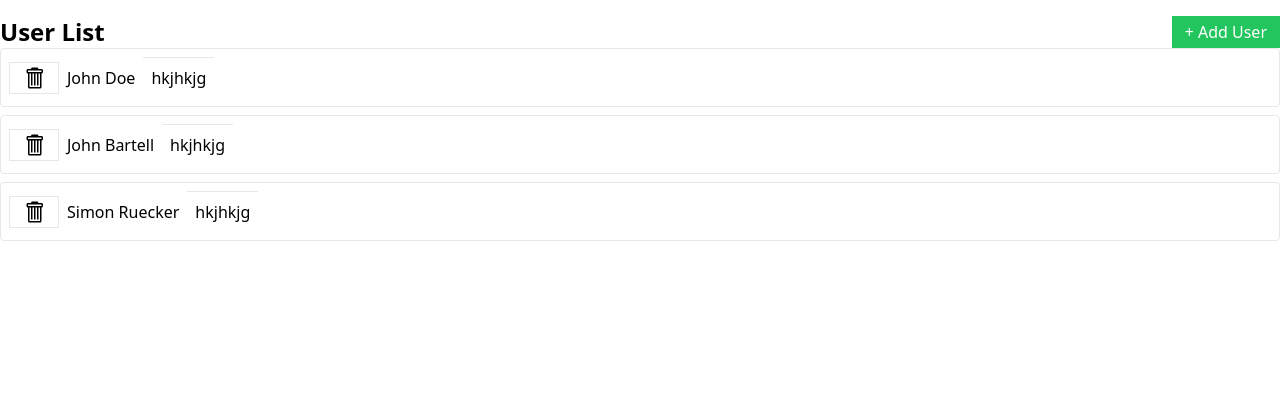
Repository: Marhamat92/users-app-redux-thunk-and-query
Page: /
An editor plug-in stored every save of this project. The page is shown before and after the next save, followed by the edit.
The browser window is 1280 px wide. The pictures show the whole page.
The project was rebuilt for these pictures with package versions that can differ from the ones it lists, and the page was loaded fresh each time. Requests to the local data server were answered from the project's data file.

Above is the page before, as saved 2023-01-31 23:32:05.

After the next save:
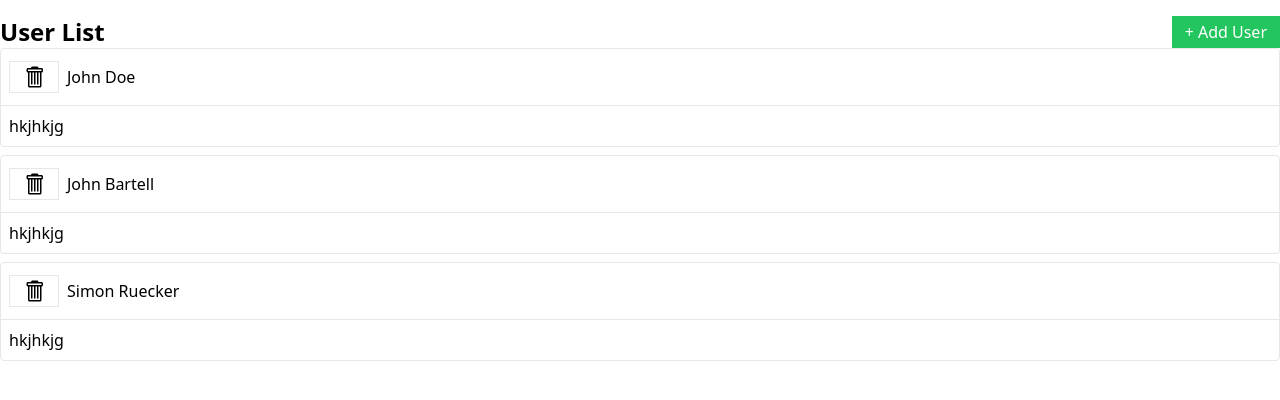
Saved 30 s later.
--- a/src/components/ExpandablePanel.js
+++ b/src/components/ExpandablePanel.js
@@ -6,10 +6,11 @@ function ExpandablePanel({ header, children }) {
       <div className="flex p-2 justify-between items-center cursor-pointer">
         <div className="flex flex-row items-center justify-between">
           {header}
-          <div className='p-2 border-t' >
-            {children}
-          </div>
+
         </div>
+      </div>
+      <div className='p-2 border-t' >
+        {children}
       </div>
     </div>
   )
